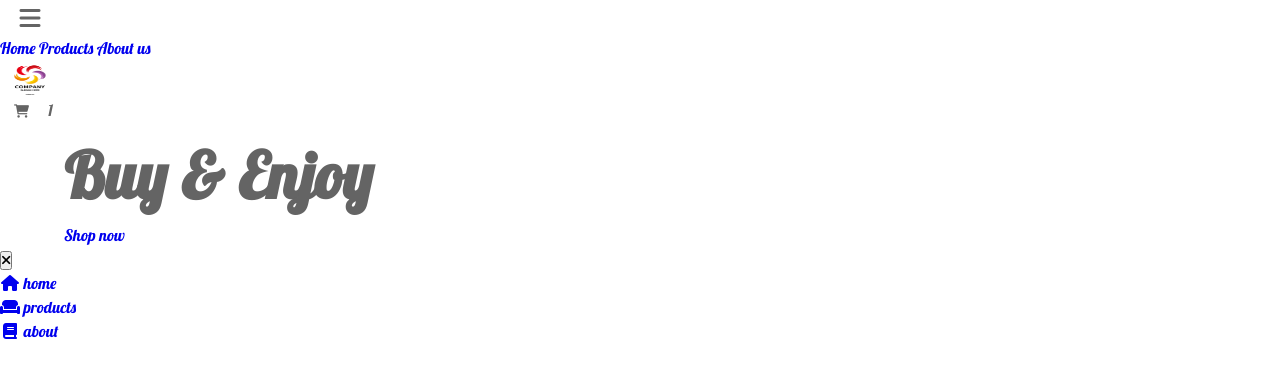
Repository: tetlisna/myprojectJS2
Page: index.html
These files come from the project's save history. The page is drawn as it stood at one moment and after the next save; the edit follows.
The browser window is 1280 px wide. The pictures show the whole page.
The pointer rests on the first visible `.main-btn`.
Some web fonts or font styles are not loaded; a fallback is used.

Above is the page before, as saved 2022-09-04 19:43:35.

### index.html
<!DOCTYPE html>
<html lang="en">
  <head>
    <meta charset="UTF-8" />
    <meta name="viewport" content="width=device-width, initial-scale=1.0" />
    <link rel="stylesheet" href="/css/style.css" />
    <link
      rel="stylesheet"
      href="https://cdnjs.cloudflare.com/ajax/libs/font-awesome/6.2.0/css/all.min.css"
    />
    <title>E-commers</title>
  </head>
  <body>
    <!-- Nav left -->
    <nav class="navbar">
      <div class="menu-line">
        <div class="wrapper">
          <button class="nav-logo">
            <i class="fa-sharp fa-solid fa-bars"></i>
          </button>
          <a href="#" href="index.html" class="nav-link">Home</a>
          <a href="#" href="products.html" class="nav-link">Products</a>
          <a href="#" href="about-us.html" class="nav-link">About us</a>
        </div>
        <!-- Logo -->
        <img src="/img/logo.png" class="nav-logo" alt="logo" width="100px" />
        <!-- Cart-->
        <div class="cart-side-container">
          <button class="cart-side">
            <i class="fa-sharp fa-solid fa-cart-shopping"></i>
          </button>
          <span class="cart-item-amount">1</span>
        </div>
      </div>
    </nav>

    <!--Main section-->

    <section class="main">
      <div id="main-container">
        <h1 class="text-main">Buy & Enjoy</h1>
        <a href="products.html" class="main-btn"> Shop now </a>
      </div>
    </section>
    <!--Side section-->

    <div class="sidebar-pop-out">
      <aside class="sidebar">
        <!-- close -->
        <button class="sidebar-close">
          <i class="fas fa-times"></i>
        </button>
        <!-- links -->
        <ul class="sidebar-links">
          <li>
            <a href="index.html" class="sidebar-link">
              <i class="fas fa-home fa-fw"></i>
              home
            </a>
          </li>
          <li>
            <a href="products.html" class="sidebar-link">
              <i class="fas fa-couch fa-fw"></i>
              products
            </a>
          </li>
          <li>
            <a href="about.html" class="sidebar-link">
              <i class="fas fa-book fa-fw"></i>
              about
            </a>
          </li>
        </ul>
      </aside>
    </div>
    <script src="script.js"></script>
  </body>
</html>

### css/style.css
@import url('https://fonts.googleapis.com/css2?family=Lobster&family=Qwitcher+Grypen&family=Roboto:wght@300&display=swap');
:root {
    --transition: all 0.3s linear;
    --spacing: 0.1rem;
    --radius: 0.25rem;
    --max-width: 1170px;
    --fixed-width: 620px;
    --white-bg:rgb(255, 255, 255);
    --dark-grey:rgb(100, 100, 100);
    --grey-red:rgb(190, 100, 100);

}

* {
    margin: 0;
    padding: 0;
    box-sizing: border-box;
}
.container {
    max-width: 980px;
    margin: auto;
}
a {
    text-decoration: none;
  }
body {
    font-family: 'Lobster', cursive,'Qwitcher Grypen', cursive,'Roboto', sans-serif;
    background: var(--white-bg);
    color: var(--dark-grey);
    line-height: 1.5;
    font-size: 0.875rem;
}
p {
    margin-bottom: 1.25rem;
    color: var(--dark-grey);
}
.hero-btn {
    color: var(--dark-grey);
}

 @media screen and (min-width: 800px) {
    h1 {
        font-size: 4rem;

    }
    body {
        font-size: 1rem;
    }
 }
.img {
    width: 100%;
    display: block;
}
.main {
    width: 90vw;
    max-width: var(--max-width);
    margin: 0 auto;
}
.main-btn:hover {
    border-color: greenyellow;


}
.cart-side {
    background: var(--clr-primary-5);
    color: var(--clr-white);
    border-radius: var(--radius);
    padding: 0.375rem 0.75rem;
    letter-spacing: var(--spacing);
    display: inline-block;
    transition: var(--transition);
    border-color: transparent;
    cursor: pointer;
  }
  /* .cart-side:hover {
    background: var(--white-bg);
    color: var(--dark-grey);
  } */
.nav-logo {
    background: var(--clr-primary-5);
    border-color: transparent;
    color: var(--clr-white);
    width: 3.75rem;
    height: 2.25rem;
    display: flex;
    align-items: center;
    justify-content: center;
    font-size: 1.5rem;
    border-radius: 2rem;
    cursor: pointer;
    transition: var(--transition);
}

### script.js
class User {
	constructor (name, balance){
		this.name = name,
		this.balance = balance
	}
	showOrderHistory(sortWay, fieldName, totalAmount, orderDate){

	}
	getCart(){
		return this.cart;
	}
	addOrder(){
		return this.order;
	}

}
class Order{
	constructor (order, totalPrice, date){
		this.order = order,
		this.price = totalPrice,
		this.date = date
	}

}

After the next save:
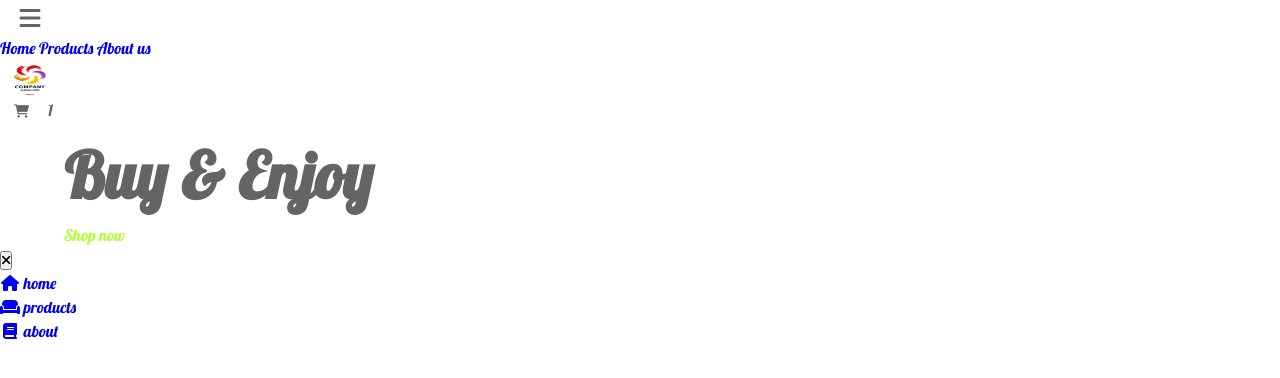
Saved 6 s later.
--- a/css/style.css
+++ b/css/style.css
@@ -57,7 +57,7 @@
     margin: 0 auto;
 }
 .main-btn:hover {
-    border-color: greenyellow;
+    color: greenyellow;
 
 
 }

After the 2 saves that followed:
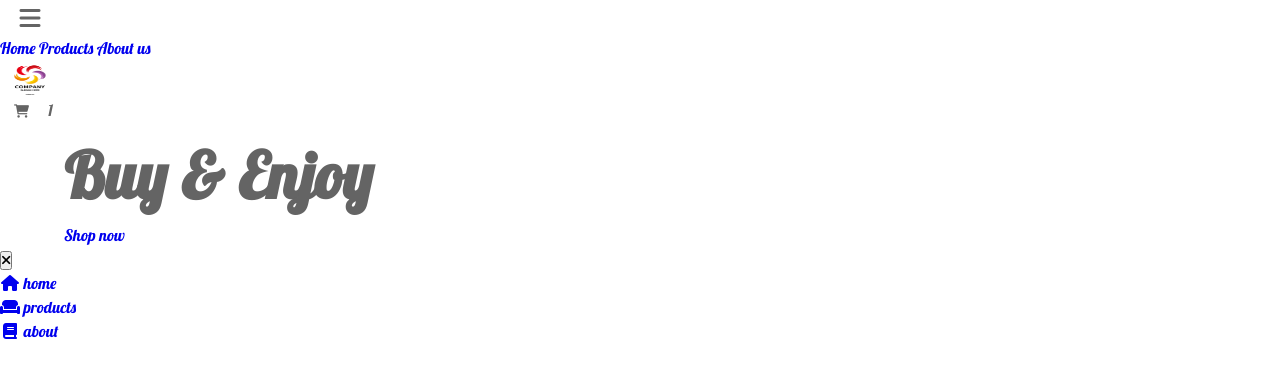
The 2 saves are shown as one change because they came seconds apart.
The last was saved 46 s later.
--- a/css/style.css
+++ b/css/style.css
@@ -57,7 +57,7 @@
     margin: 0 auto;
 }
 .main-btn:hover {
-    color: greenyellow;
+    color: var;
 
 
 }
